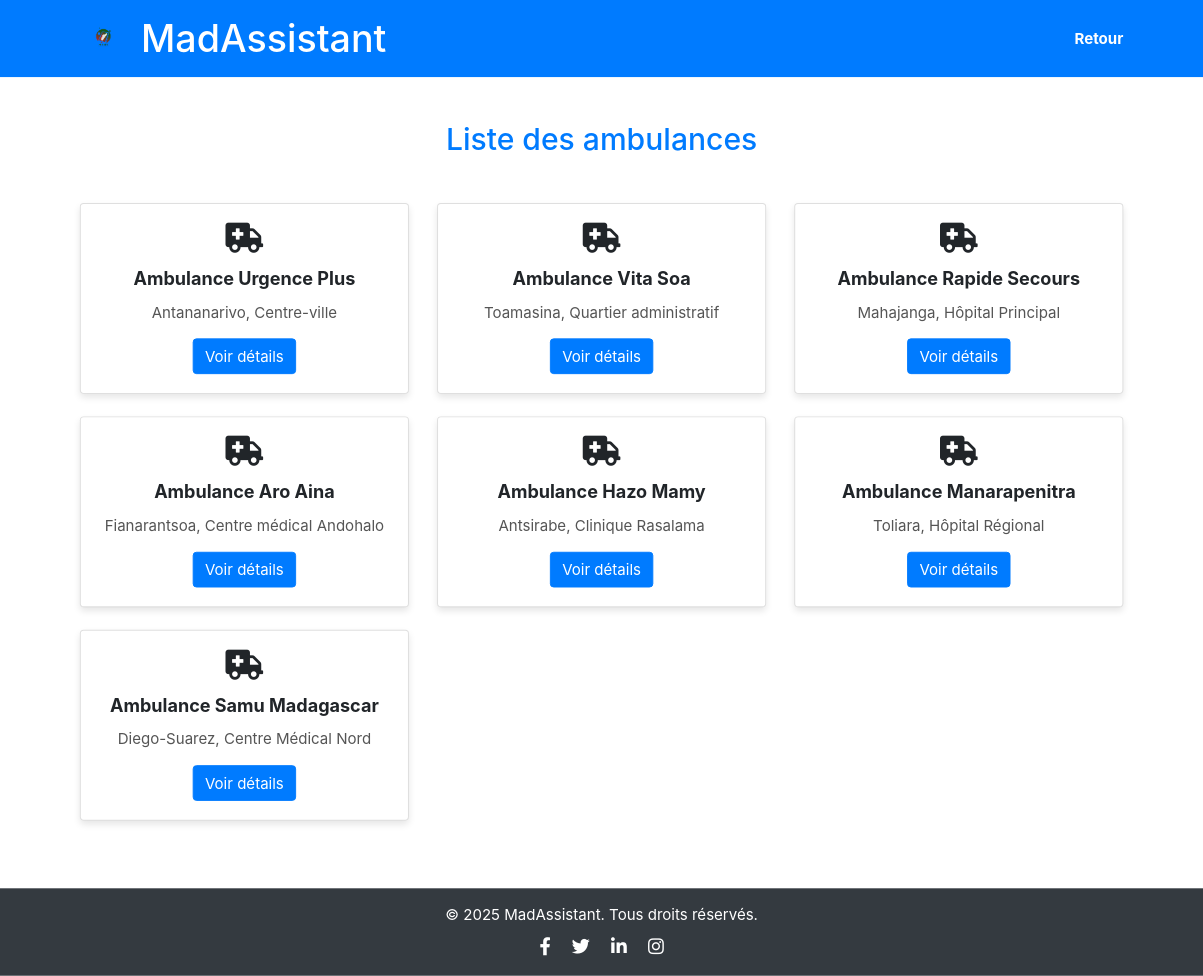
Repository: Anonyme-spy/Html-IGGL1B
Page: ambulance.html
An editor plug-in stored every save of this project. The page is shown before and after the next save, followed by the edit.
The browser window is 1280 px wide. The pictures show the whole page, at 94% of full size.

Above is the page before, as saved 2025-04-28 15:08:18.

### ambulance.html
<!DOCTYPE html>
<html lang="fr">

<head>
    <meta charset="UTF-8">
    <meta name="viewport" content="width=device-width, initial-scale=1.0">
    <title>MadAssistant - Ambulances</title>
    <link rel="stylesheet" href="autre2cat.css">
    <link rel="stylesheet" href="https://stackpath.bootstrapcdn.com/bootstrap/4.5.2/css/bootstrap.min.css">
    <link rel="stylesheet" href="https://cdnjs.cloudflare.com/ajax/libs/font-awesome/5.15.3/css/all.min.css">
</head>

<body>

    <header class="bg-primary text-white py-3">
        <div class="container d-flex justify-content-between align-items-center">
            <div class="d-flex align-items-center">
                <img src="logo-removebg-preview.png" alt="Logo MadAssistant" class="logo">
                <h1 class="mb-0">MadAssistant</h1>
            </div>
            <ul class="navbar-nav ml-auto">
                <li class="nav-item"><a href="catégo.html" class="nav-link text-white">Retour</a></li>
            </ul>
        </div>
    </header>

    <section id="ambulances" class="py-5">
        <div class="container">
            <h2 class="text-center mb-5">Liste des ambulances</h2>
            <div class="row" id="ambulances-container">
                <!-- Les ambulances seront affichées ici dynamiquement -->
            </div>
        </div>
    </section>

    <footer class="bg-dark text-white py-3">
        <div class="container text-center">
            <p class="mb-0">&copy; 2025 MadAssistant. Tous droits réservés.</p>
            <div class="mt-2">
                <a href="#" class="text-white mr-2"><i class="fab fa-facebook-f"></i></a>
                <a href="#" class="text-white mr-2"><i class="fab fa-twitter"></i></a>
                <a href="#" class="text-white mr-2"><i class="fab fa-linkedin-in"></i></a>
                <a href="#" class="text-white"><i class="fab fa-instagram"></i></a>
            </div>
        </div>
    </footer>

    <!-- Modal pour afficher les détails d'une ambulance -->
    <div class="modal fade" id="ambulanceModal" tabindex="-1" aria-labelledby="ambulanceModalLabel" aria-hidden="true">
        <div class="modal-dialog">
            <div class="modal-content">
                <div class="modal-header">
                    <h5 class="modal-title" id="ambulanceModalLabel">Détails de l'ambulance</h5>
                    <button type="button" class="close" data-dismiss="modal" aria-label="Close">
                        <span aria-hidden="true">&times;</span>
                    </button>
                </div>
                <div class="modal-body" id="ambulance-details">
                    <!-- Détails de l'ambulance -->
                </div>
            </div>
        </div>
    </div>

    <script>
        const ambulances = [
            {
                nom: "Ambulance Urgence Plus",
                localisation: "Antananarivo, Centre-ville",
                telephone: "+261 34 12 345 67",
                disponibilite: "24/7",
                instructions: "Appeler en cas d'urgence médicale."
            },
            {
                nom: "Ambulance Vita Soa",
                localisation: "Toamasina, Quartier administratif",
                telephone: "+261 33 22 987 65",
                disponibilite: "7j/7",
                instructions: "Disponible pour transport médicalisé longue distance."
            },
            {
                nom: "Ambulance Rapide Secours",
                localisation: "Mahajanga, Hôpital Principal",
                telephone: "+261 32 78 654 32",
                disponibilite: "24/7",
                instructions: "Intervention rapide en cas d'accident."
            },
            {
                nom: "Ambulance Aro Aina",
                localisation: "Fianarantsoa, Centre médical Andohalo",
                telephone: "+261 34 56 789 10",
                disponibilite: "24h/24",
                instructions: "Prise en charge des urgences vitales."
            },
            {
                nom: "Ambulance Hazo Mamy",
                localisation: "Antsirabe, Clinique Rasalama",
                telephone: "+261 38 90 123 45",
                disponibilite: "Du lundi au samedi",
                instructions: "Spécialisée en soins d'urgence pédiatriques."
            },
            {
                nom: "Ambulance Manarapenitra",
                localisation: "Toliara, Hôpital Régional",
                telephone: "+261 32 44 556 78",
                disponibilite: "24h/24",
                instructions: "Équipée pour les soins intensifs."
            },
            {
                nom: "Ambulance Samu Madagascar",
                localisation: "Diego-Suarez, Centre Médical Nord",
                telephone: "+261 34 21 432 10",
                disponibilite: "24/7",
                instructions: "Assistance médicale et transport d'urgence."
            }
        ];

        function afficherAmbulances() {
            const container = document.getElementById("ambulances-container");
            container.innerHTML = "";
            ambulances.forEach((ambulance, index) => {
                const card = `
                    <div class="col-md-4 mb-4">
                        <div class="card text-center">
                            <div class="card-body">
                                <i class="fas fa-ambulance fa-2x mb-3"></i>
                                <h3 class="card-title">${ambulance.nom}</h3>
                                <p class="card-text">${ambulance.localisation}</p>
                                <button class="btn btn-primary" onclick="afficherDetails(${index})">Voir détails</button>
                            </div>
                        </div>
                    </div>
                `;
                container.innerHTML += card;
            });
        }

        function afficherDetails(index) {
            const ambulance = ambulances[index];
            const details = `
                <p><strong>Nom:</strong> ${ambulance.nom}</p>
                <p><strong>Localisation:</strong> ${ambulance.localisation}</p>
                <p><strong>Téléphone:</strong> ${ambulance.telephone}</p>
                <p><strong>Disponibilité:</strong> ${ambulance.disponibilite}</p>
                <p><strong>Instructions:</strong> ${ambulance.instructions}</p>
            `;
            document.getElementById("ambulance-details").innerHTML = details;
            $('#ambulanceModal').modal('show');
        }

        document.addEventListener("DOMContentLoaded", afficherAmbulances);
    </script>

    <script src="https://code.jquery.com/jquery-3.5.1.min.js"></script>
    <script src="https://cdn.jsdelivr.net/npm/bootstrap@4.5.2/dist/js/bootstrap.bundle.min.js"></script>

</body>

</html>

### autre2cat.css
body {
  font-family: Arial, sans-serif;
  background-color: #f8f9fa;
}

header {
  background-color: #007bff;
  color: white;
  padding: 15px 0;
}

header .container {
  display: flex;
  justify-content: space-between;
  align-items: center;
}

.logo {
  height: 50px;
  margin-right: 15px;
}

.navbar-nav .nav-link {
  color: white !important;
  font-weight: bold;
}

h2 {
  color: #007bff;
}

.card {
  border: none;
  box-shadow: 0px 4px 8px rgba(0, 0, 0, 0.1);
  transition: transform 0.2s;
}

.card:hover {
  transform: scale(1.05);
}

.card-title {
  font-size: 1.2rem;
  font-weight: bold;
}

.card-text {
  color: #555;
}

.btn-primary {
  background-color: #007bff;
  border: none;
}

.btn-primary:hover {
  background-color: #0056b3;
}

.modal-content {
  border-radius: 10px;
}

.modal-header {
  background-color: #f600dd;
  color: white;
  border-top-left-radius: 10px;
  border-top-right-radius: 10px;
}

.modal-body p {
  font-size: 1rem;
  margin-bottom: 0.5rem;
}

footer {
  background-color: #343a40;
  color: white;
  padding: 15px 0;
  text-align: center;
}

footer a {
  color: white;
  margin: 0 10px;
  font-size: 1.2rem;
}

footer a:hover {
  color: #007bff;
}

After the next save:
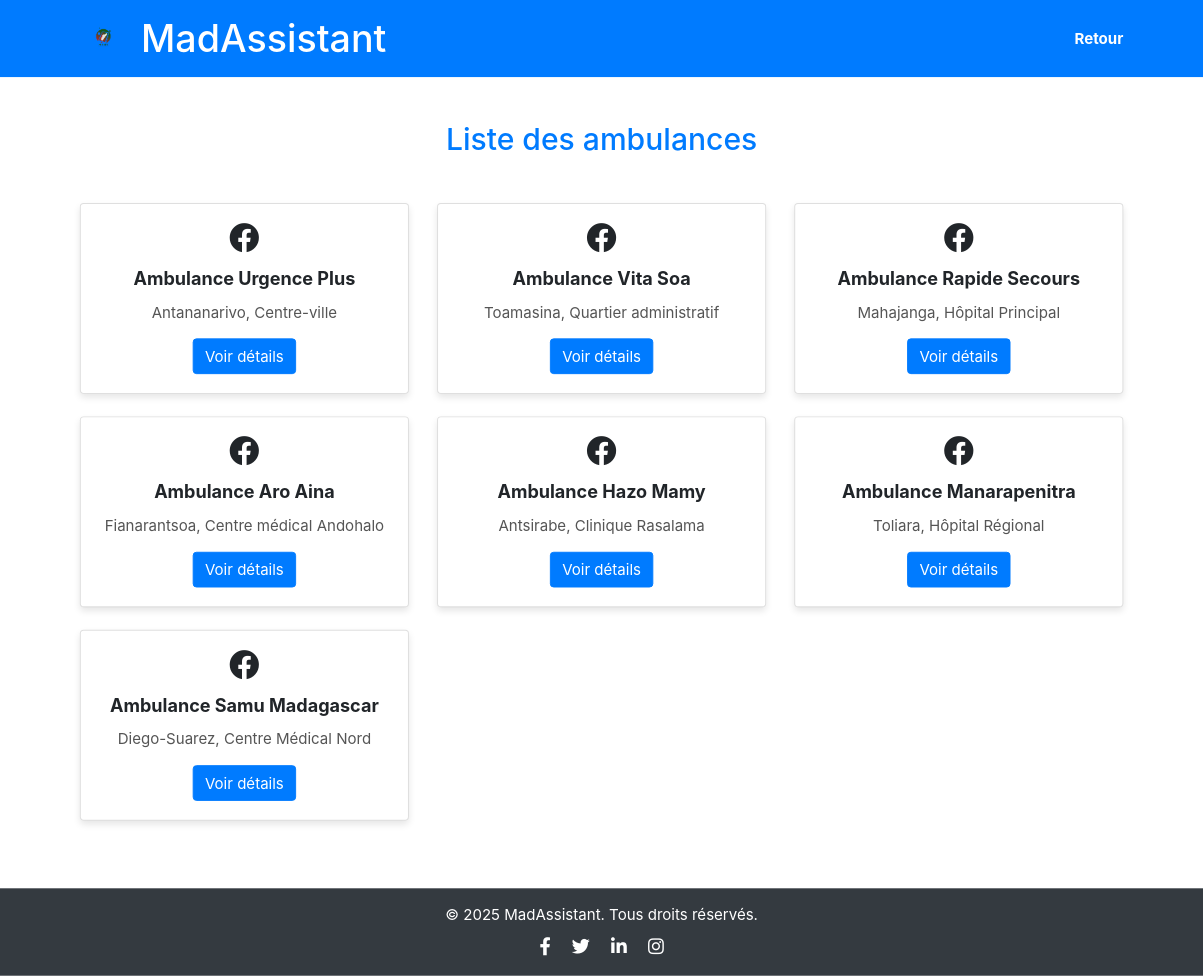
Saved 2 min 14 s later.
--- a/ambulance.html
+++ b/ambulance.html
@@ -123,7 +123,7 @@
                     <div class="col-md-4 mb-4">
                         <div class="card text-center">
                             <div class="card-body">
-                                <i class="fas fa-ambulance fa-2x mb-3"></i>
+                                <i class="fab fa-facebook fa-2x mb-3"></i>
                                 <h3 class="card-title">${ambulance.nom}</h3>
                                 <p class="card-text">${ambulance.localisation}</p>
                                 <button class="btn btn-primary" onclick="afficherDetails(${index})">Voir détails</button>

After the save that followed:
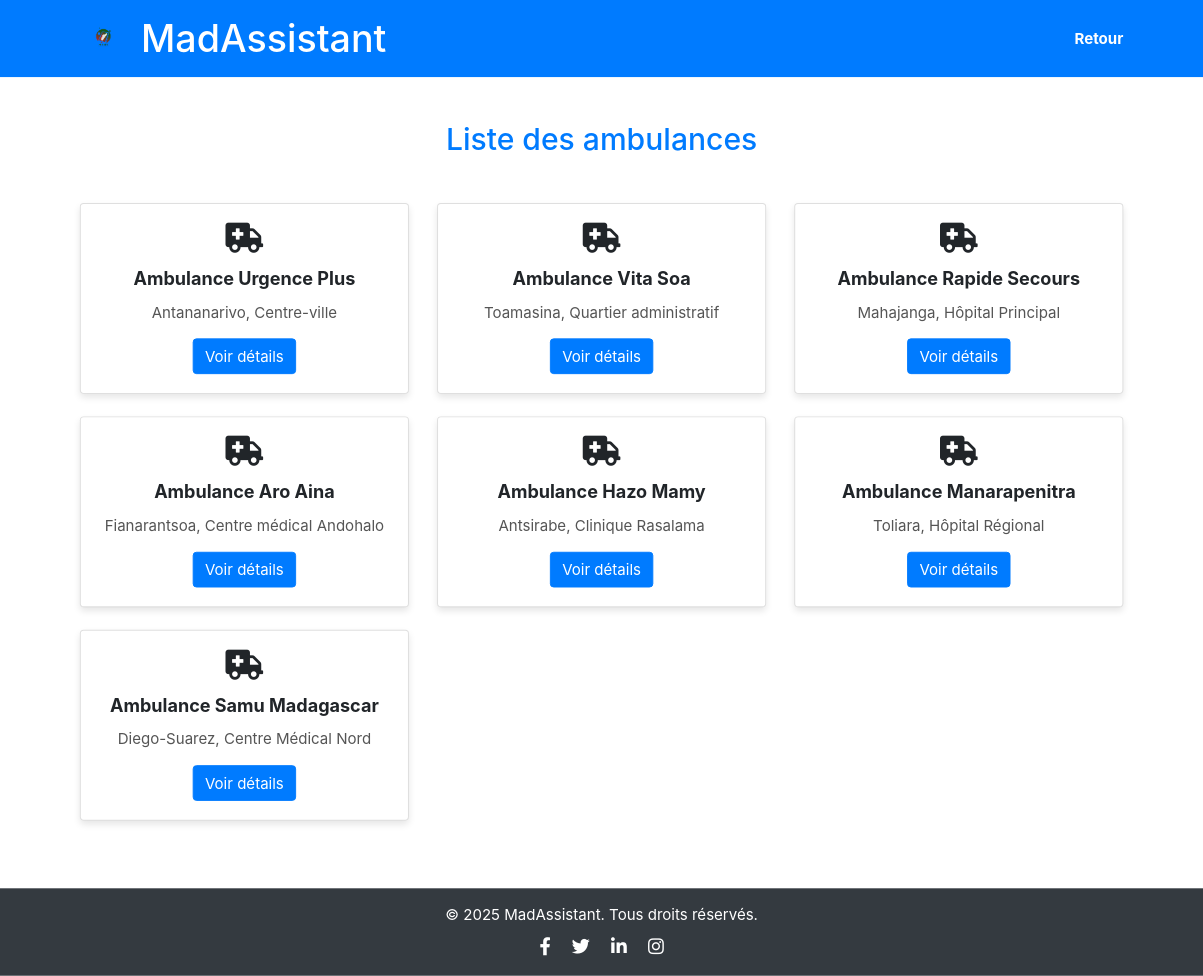
Saved 65 s later.
--- a/ambulance.html
+++ b/ambulance.html
@@ -123,7 +123,7 @@
                     <div class="col-md-4 mb-4">
                         <div class="card text-center">
                             <div class="card-body">
-                                <i class="fab fa-facebook fa-2x mb-3"></i>
+                                <i class="fas fa-ambulance fa-2x mb-3"></i>
                                 <h3 class="card-title">${ambulance.nom}</h3>
                                 <p class="card-text">${ambulance.localisation}</p>
                                 <button class="btn btn-primary" onclick="afficherDetails(${index})">Voir détails</button>
